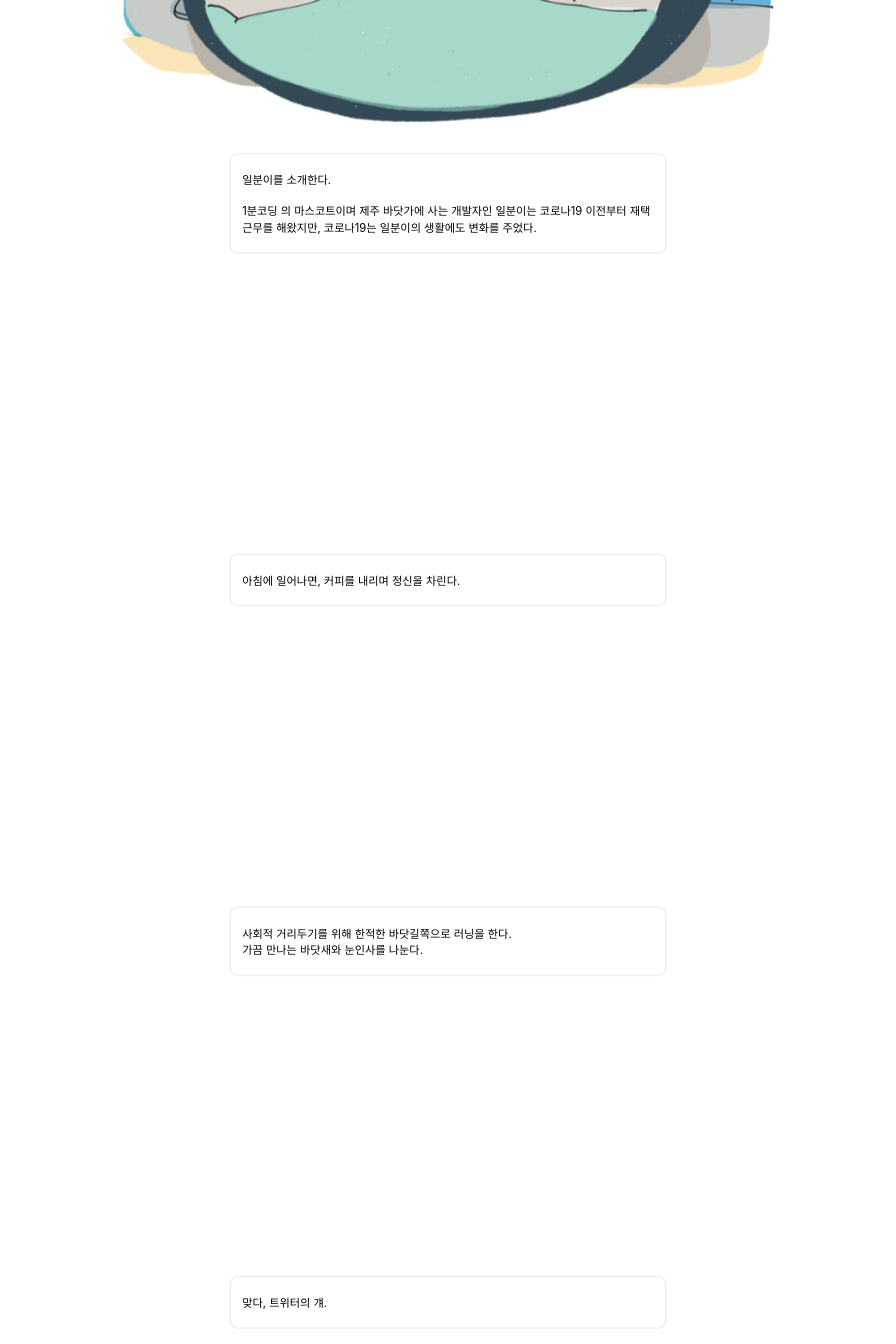
Repository: westone034626/ReactPractice
Page: /
An editor plug-in stored every save of this project. The page is shown before and after a run of saves, followed by the edit.
The browser window is 1280 px wide. The pictures show the part of the page from y = 748 to 2668 px (the page is 6650 px tall before and 6606 px after), at 70% of full size.
The project was rebuilt for these pictures with package versions that can differ from the ones it lists, and the page was loaded fresh each time. Also part of the build but not shown: src/App.css.

Above is the page before, as saved 2021-10-31 23:41:15.

After the next 2 saves:
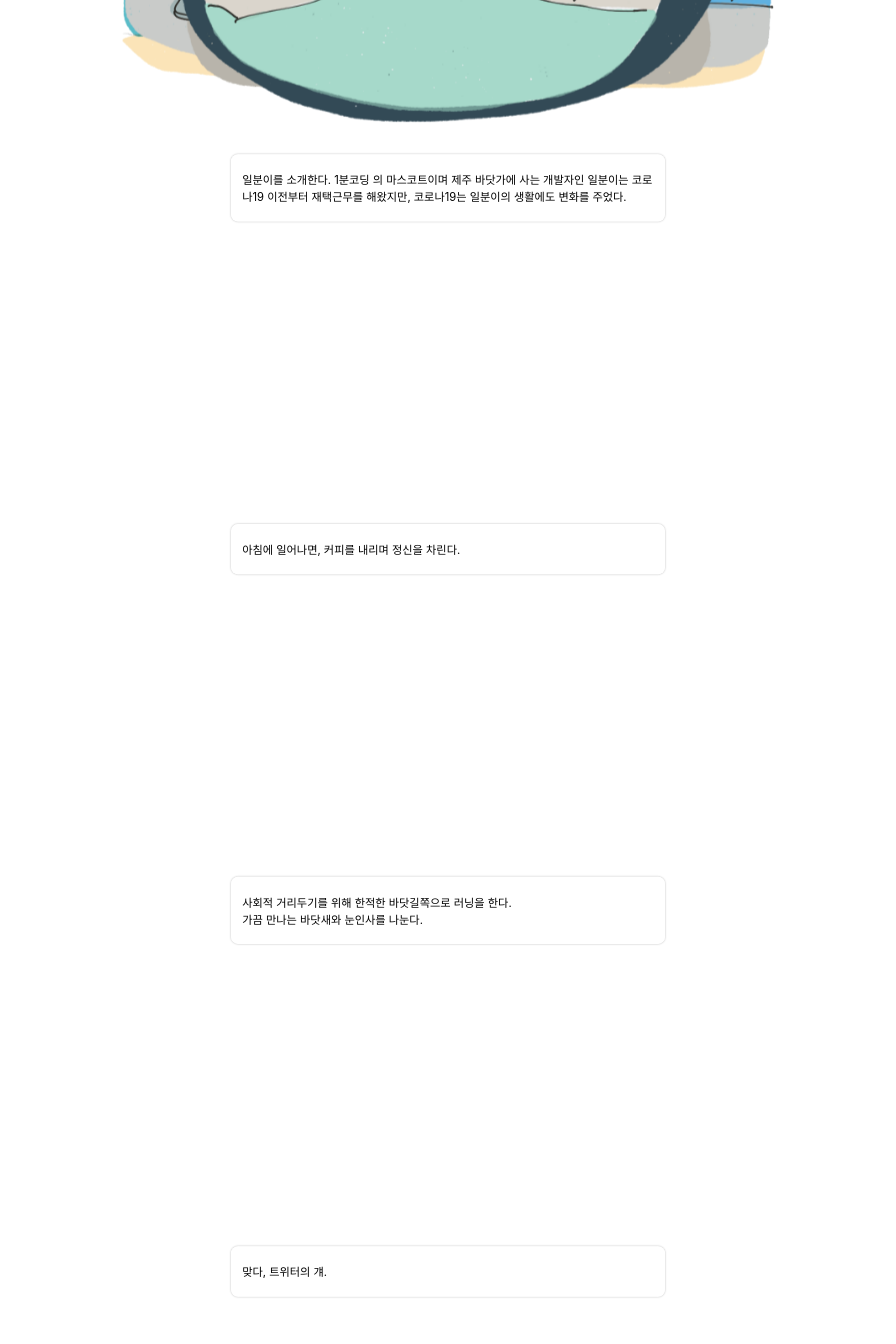
The 2 saves are shown as one change because they came seconds apart.
The last was saved 23 s later.
--- a/src/App.js
+++ b/src/App.js
@@ -64,12 +64,12 @@ function App() {
         <div className={`${styles.scrollText} ${styles.globalWidth}`}>
           <div className={styles.step}>
             <p>
+              {`
               일분이를 소개한다.
-              <br />
-              <br />
               1분코딩 의 마스코트이며 제주 바닷가에 사는 개발자인 일분이는
               코로나19 이전부터 재택근무를 해왔지만, 코로나19는 일분이의
               생활에도 변화를 주었다.
+              `}
             </p>
           </div>
           <div className={styles.step}>
